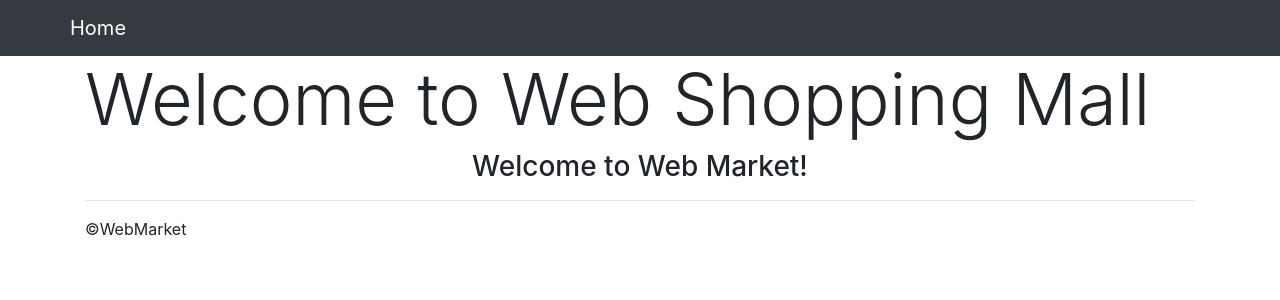
Repository: potatoy1/learning-jsp
Page: http://localhost/JSPBook/welcome.jsp
The author's editor kept a copy of each file at every save. The page is drawn from the files as they stood at one save, then again after the next save.
The browser window is 1280 px wide. The pictures show the whole page.
The page is served by Tomcat 9.

Above is the page before, as saved 2022-09-27 11:35:42.

After the next save:
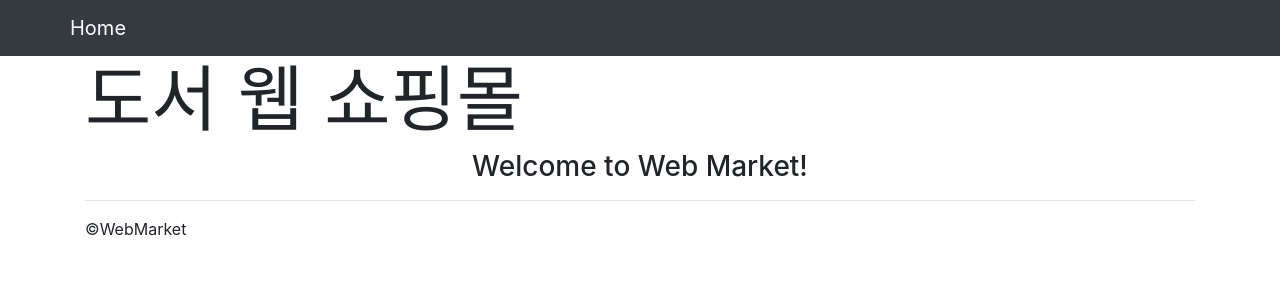
Saved 24 s later.
--- a/JSPBook/WebContent/welcome.jsp
+++ b/JSPBook/WebContent/welcome.jsp
@@ -8,7 +8,7 @@
 </head>
 <body>
 	<%@include file="menu.jsp" %>
-	<%! String greeting = "Welcome to Web Shopping Mall";%>
+	<%! String greeting = "도서 웹 쇼핑몰";%>
 
 	<div class="jumbotraon">
 		<div class="container">
